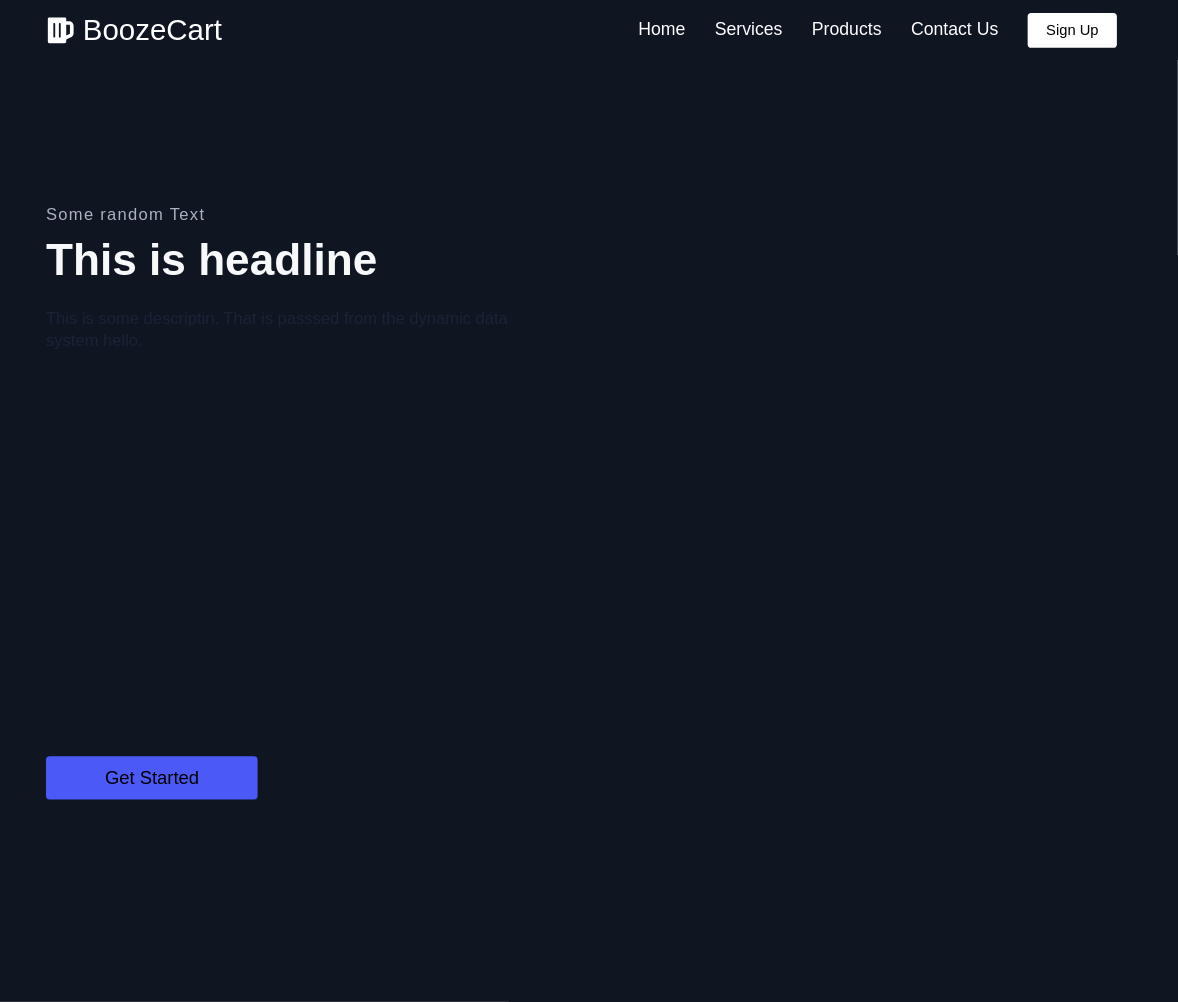
Repository: ajaygc95/Django-and-react
Page: / (app in galamart_sell/boozecart/)
These files come from the project's save history. The page is drawn as it stood at one moment and after the next save; the edit follows.
The browser window is 1280 px wide. The pictures show the whole page, at 92% of full size.
The project was rebuilt for these pictures with package versions that can differ from the ones it lists, and the page was loaded fresh each time.

Above is the page before, as saved 2021-04-12 23:58:43.

After the next save:
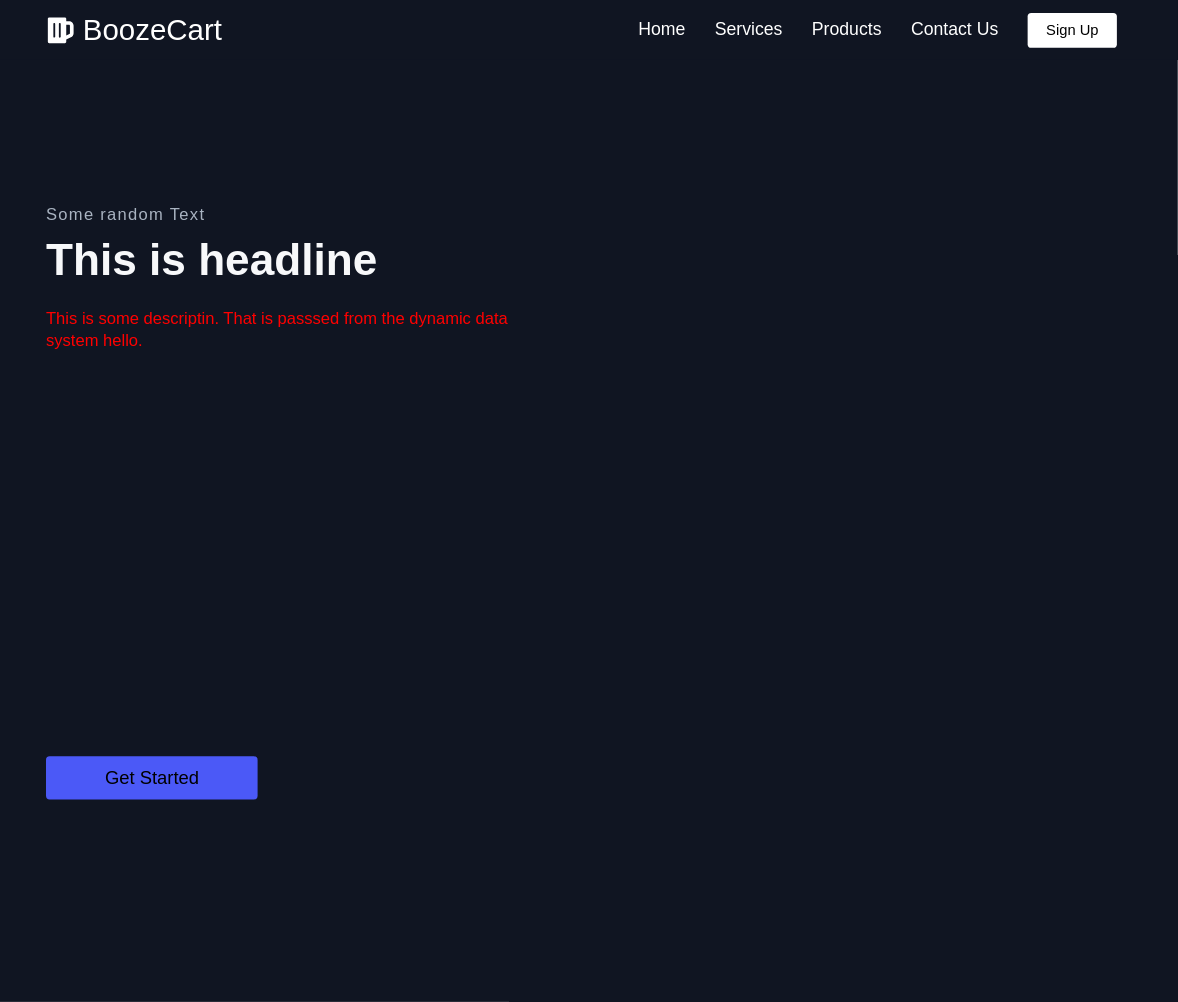
Saved 20 s later.
--- a/galamart_sell/boozecart/src/components/InfoSection/InfoSection.element.js
+++ b/galamart_sell/boozecart/src/components/InfoSection/InfoSection.element.js
@@ -60,5 +60,5 @@ export const Subtitle = styled.p`
   font-size: 35px;
   font-size: 18px;
   line-height: 24px;
-  color: ${({ lightTextDesc }) => (lightTextDesc ? "white" : "#1c2237")};
+  color: ${({ lightTextDesc }) => (lightTextDesc ? "white" : "red")};
 `;
